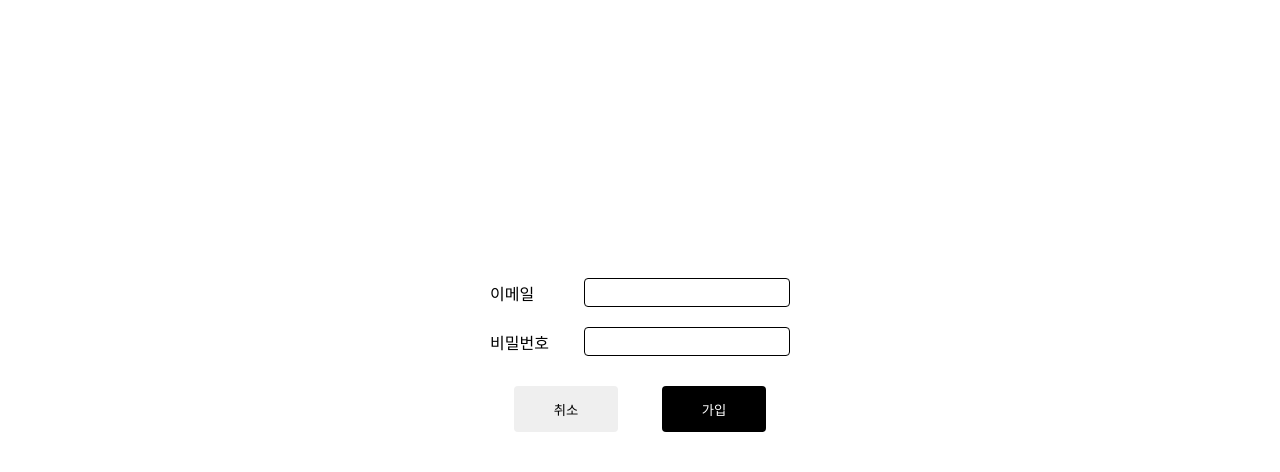
Repository: momo0170/react-shopping
Page: /register
The author's editor kept a copy of each file at every save. The page is drawn from the files as they stood at one save, then again after the next save.
The browser window is 1280 px wide. The pictures show the whole page.
The page's requests for data from a server got no answer. Some web fonts or font styles are not loaded; a fallback is used. The project was rebuilt for these pictures with package versions that can differ from the ones it lists, and the page was loaded fresh each time. No one was signed in, and anything a server would have sent is missing. Also part of the build but not shown: src/App.css, src/css/Header.module.css, src/components/Header.jsx, src/App.js, src/router/Products.jsx, src/css/Login.module.css, src/router/Login.jsx.

Above is the page before, as saved 2023-02-22 20:24:10.

### public/index.html
<!DOCTYPE html>
<html lang="en">
  <head>
    <meta charset="utf-8" />
    <link rel="icon" href="%PUBLIC_URL%/images/shopping.png" />
    <meta name="viewport" content="width=device-width, initial-scale=1" />
    <meta name="theme-color" content="#000000" />
    <meta
      name="description"
      content="Web site created using create-react-app"
    />
    <!-- <link rel="apple-touch-icon" href="%PUBLIC_URL%/logo192.png" /> -->
    <!--
      manifest.json provides metadata used when your web app is installed on a
      user's mobile device or desktop. See https://developers.google.com/web/fundamentals/web-app-manifest/
    -->

    <!--
      Notice the use of %PUBLIC_URL% in the tags above.
      It will be replaced with the URL of the `public` folder during the build.
      Only files inside the `public` folder can be referenced from the HTML.

      Unlike "/favicon.ico" or "favicon.ico", "%PUBLIC_URL%/favicon.ico" will
      work correctly both with client-side routing and a non-root public URL.
      Learn how to configure a non-root public URL by running `npm run build`.
    -->
    <title>Shoppy</title>
    <link rel="preconnect" href="https://fonts.googleapis.com" />
    <link rel="preconnect" href="https://fonts.gstatic.com" crossorigin />
    <link
      href="https://fonts.googleapis.com/css2?family=Nanum+Gothic+Coding&display=swap"
      rel="stylesheet"
    />
  </head>
  <body>
    <noscript>You need to enable JavaScript to run this app.</noscript>
    <div id="root"></div>
    <!--
      This HTML file is a template.
      If you open it directly in the browser, you will see an empty page.

      You can add webfonts, meta tags, or analytics to this file.
      The build step will place the bundled scripts into the <body> tag.

      To begin the development, run `npm start` or `yarn start`.
      To create a production bundle, use `npm run build` or `yarn build`.
    -->
  </body>
</html>

### src/index.js
import React from 'react';
import ReactDOM from 'react-dom/client';
import './index.css';
import App from './App';
import { createBrowserRouter, RouterProvider } from 'react-router-dom';
import Products from './router/Products';
import Login from './router/Login';
import Register from './router/Register';

const router = createBrowserRouter([
  {
    path: '/',
    element: <App />,
    children: [
      {
        index: true,
        element: <Products />,
      },
    ],
  },
  {
    path: '/login',
    element: <Login />,
  },
  {
    path: '/register',
    element: <Register />,
  },
]);
const root = ReactDOM.createRoot(document.getElementById('root'));
root.render(
  <RouterProvider router={router}>
    <App />
  </RouterProvider>
);

### src/index.css
:root {
  --margin-small: 5px;
  --margin-medium: 10px;
  --margin-large: 20px;
  --margin-xlarge: 30px;

  --font-xsmall: 14px;
  --font-small: 16px;
  --font-medium: 24px;
  --font-large: 32px;
  --font-xlarge: 36px;
  --font-xxlarge: 44px;
}

body {
  margin: 0;
  font-family: 'Nanum Gothic Coding', monospace;
}

button {
  font-family: 'Nanum Gothic Coding', monospace;
}

### src/router/Register.jsx
import React, { useState } from 'react';
import { registerUser } from '../firebase/Firebase-Auth';
import styles from '../css/Register.module.css';

export default function Register() {
  const [account, setAccount] = useState({
    email: '',
    password: '',
  });

  const onChangeAccount = (e) => {
    setAccount({
      ...account,
      [e.target.name]: e.target.value,
    });
  };

  // 회원가입
  const registerAccount = () => {
    const result = window.confirm('가입하시겠습니까?');
    result && registerUser(account.email, account.password);
  };
  console.log(`이메일 : ${account.email}`);
  console.log(`비밀번호 : ${account.password}`);
  return (
    <main className={styles.main}>
      <div className={styles.email}>
        <span>이메일</span>
        <input type="text" name="email" onChange={onChangeAccount} />
      </div>
      <div className={styles.password}>
        <span>비밀번호</span>
        <input type="password" name="password" onChange={onChangeAccount} />
      </div>
      <div className={styles.btns}>
        <button className={styles.cancelBtn}>취소</button>
        <button onClick={registerAccount} className={styles.registerBtn}>
          가입
        </button>
      </div>
    </main>
  );
}

### src/firebase/Firebase-Auth.js
import { initializeApp } from 'firebase/app';
import { getAuth, createUserWithEmailAndPassword } from 'firebase/auth';

const firebaseConfig = {
  apiKey: process.env.REACT_APP_API_KEY,
  authDomain: process.env.REACT_APP_AUTH_DOMAIN,
  databaseURL: process.env.REACT_APP_DATABASE_URL,
  projectId: process.env.REACT_APP_PROJECT_ID,
  storageBucket: process.env.REACT_APP_STORAGE_BUCKET,
  messagingSenderId: process.env.REACT_APP_MESSAGING_ID,
  appId: process.env.REACT_APP_APP_ID,
};

const app = initializeApp(firebaseConfig);
const auth = getAuth(app);

// firebase에 사용자 등록
export function registerUser(email, password) {
  createUserWithEmailAndPassword(auth, email, password)
    .then((userCredential) => {
      // Signed in
      const user = userCredential.user;
      console.log(user);
      // ...
    })
    .catch((error) => {
      console.log(error);
      // ..
    });
}

### src/css/Register.module.css
.main {
  display: flex;
  flex-direction: column;
  justify-content: center;
  align-items: center;
  width: 400px;
  height: 100vh;
  margin: 0 auto;
}

.email,
.password {
  width: 300px;
  display: flex;
  justify-content: space-between;
  align-items: center;
}

.email input,
.password input {
  width: 200px;
  height: 25px;
  margin: var(--margin-medium) 0;
  border: 0.5px solid black;
  border-radius: 4px;
}

.email input:focus,
.password input:focus {
  outline: 1px solid black;
}

.btns {
  display: flex;
  justify-content: space-evenly;
  width: 300px;
}
.btns * {
  border: none;
  border-radius: 4px;
  margin: var(--margin-large);
  padding: calc(var(--margin-large) / 1.5) calc(var(--margin-large) * 2);
  /* font-size: var(--font-small); */
}
.registerBtn {
  color: white;
  background-color: black;
}

After the next save:
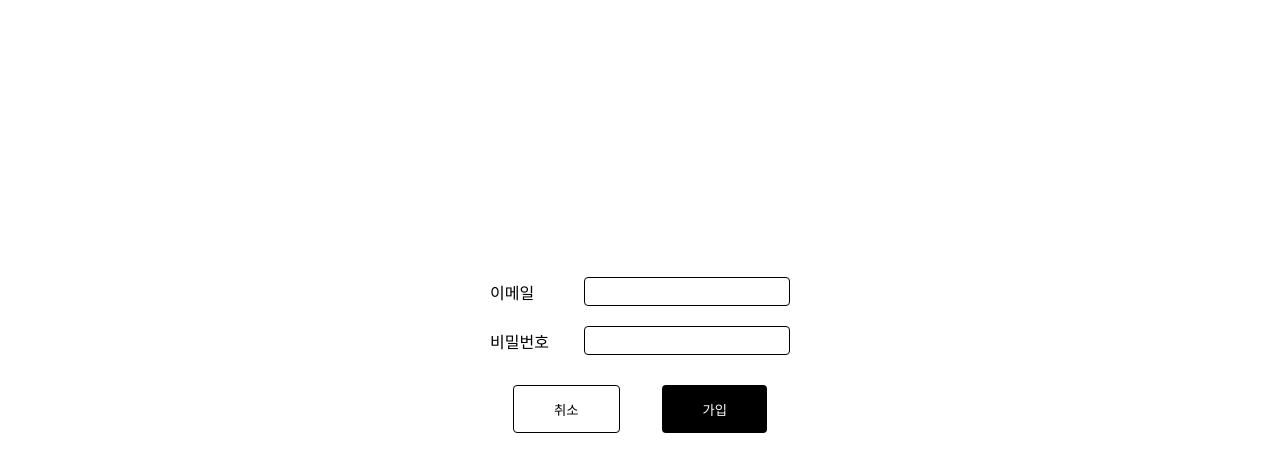
Saved 36 s later.
--- a/src/css/Register.module.css
+++ b/src/css/Register.module.css
@@ -46,3 +46,7 @@
   color: white;
   background-color: black;
 }
+.cancelBtn {
+  background-color: white;
+  border: 1px solid black;
+}
